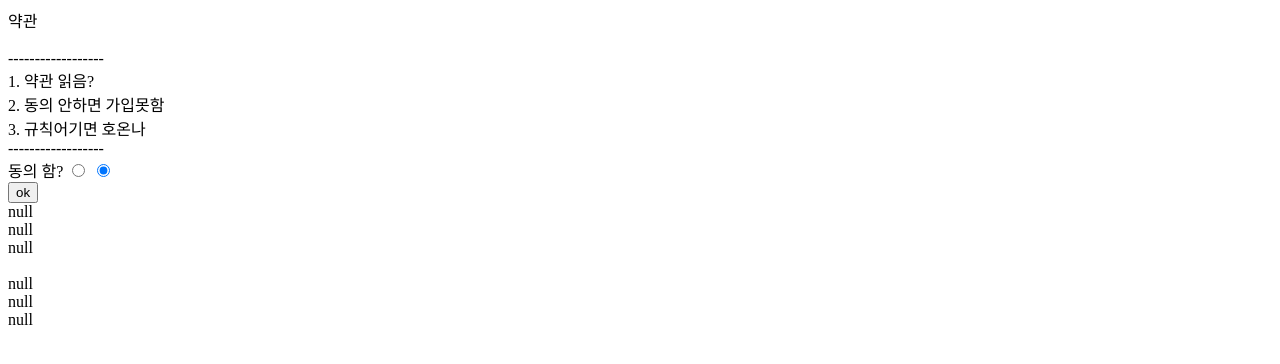
Repository: ionoffx00101/Bitworkspace
Page: http://localhost/brain/subscribe/Agreement.jsp
An editor plug-in stored every save of this project. The page is shown before and after the next save, followed by the edit.
The browser window is 1280 px wide. The pictures show the whole page.
The page is served by Tomcat 9.

Above is the page before, as saved 2017-01-20 01:47:22.

After the next save:
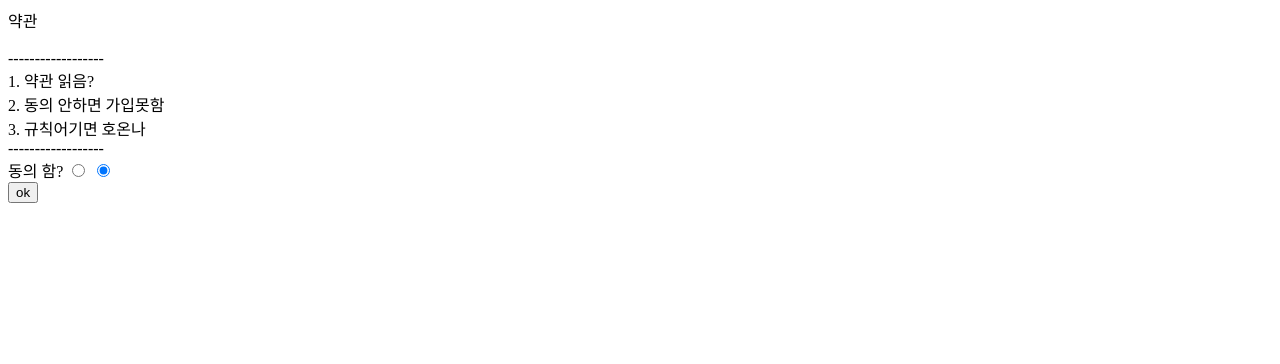
Saved 22 s later.
--- a/brain/WebContent/subscribe/Agreement.jsp
+++ b/brain/WebContent/subscribe/Agreement.jsp
@@ -10,10 +10,6 @@
 	session.setAttribute("address", address);
 	session.setAttribute("phone", phone);
 	session.setAttribute("email", email);
-
-	String id = (String) session.getAttribute("id");
-	String pw = (String)session.getAttribute("pw");
-	String name = (String) session.getAttribute("name");
 
 %>
 
@@ -39,10 +35,6 @@
 		<br>
 		<input type="submit" value="ok">
 	</form>
-	<%=id%><br>
-	<%=pw%><br>
-	<%=name%><br><br><%=address%><br>
-	<%=phone%><br>
-	<%=email%><br>
+
 </body>
 </html>
